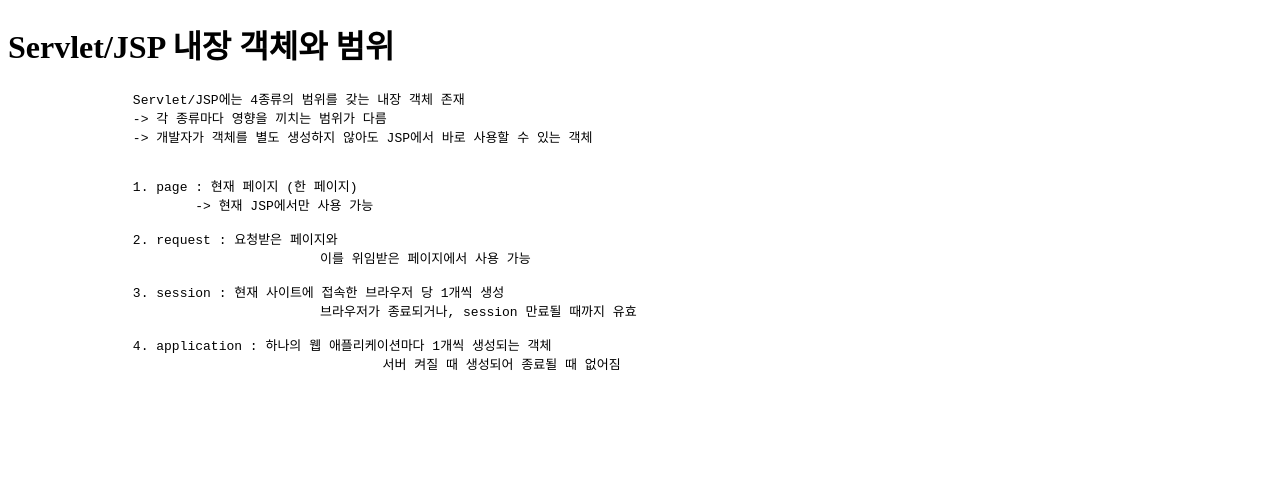
Repository: Rabsterd/6_Server
Page: http://localhost/JSPProject2/scope
These files come from the project's save history. The page is drawn as it stood at one moment and after the next save; the edit follows.
The browser window is 1280 px wide. The pictures show the whole page.
The page is served by Tomcat 9.

Above is the page before, as saved 2023-09-19 02:15:51.

After the next save:
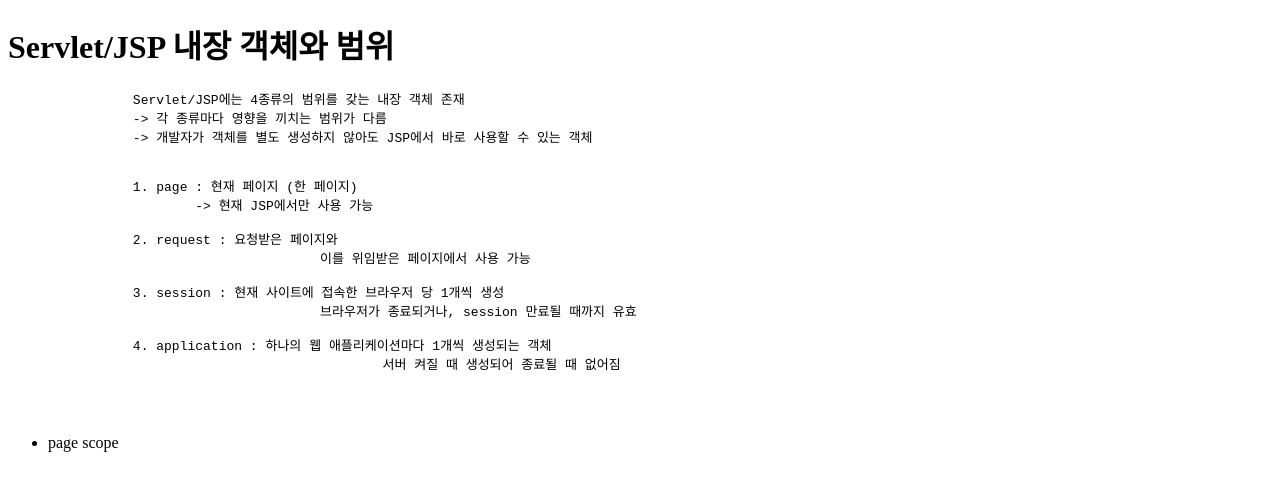
Saved 3 min 4 s later.
--- a/JSPProject2/src/main/webapp/WEB-INF/views/scope/scope.jsp
+++ b/JSPProject2/src/main/webapp/WEB-INF/views/scope/scope.jsp
@@ -29,5 +29,16 @@
 
 
 	</pre>
+
+	<ul>
+		<li>
+			page scope <br>
+
+			<%
+				// pageContext : page scope 객체
+				pageContext.setAttribute("pageValue", 555);
+			%>
+		</li>
+	</ul>
 </body>
 </html>
